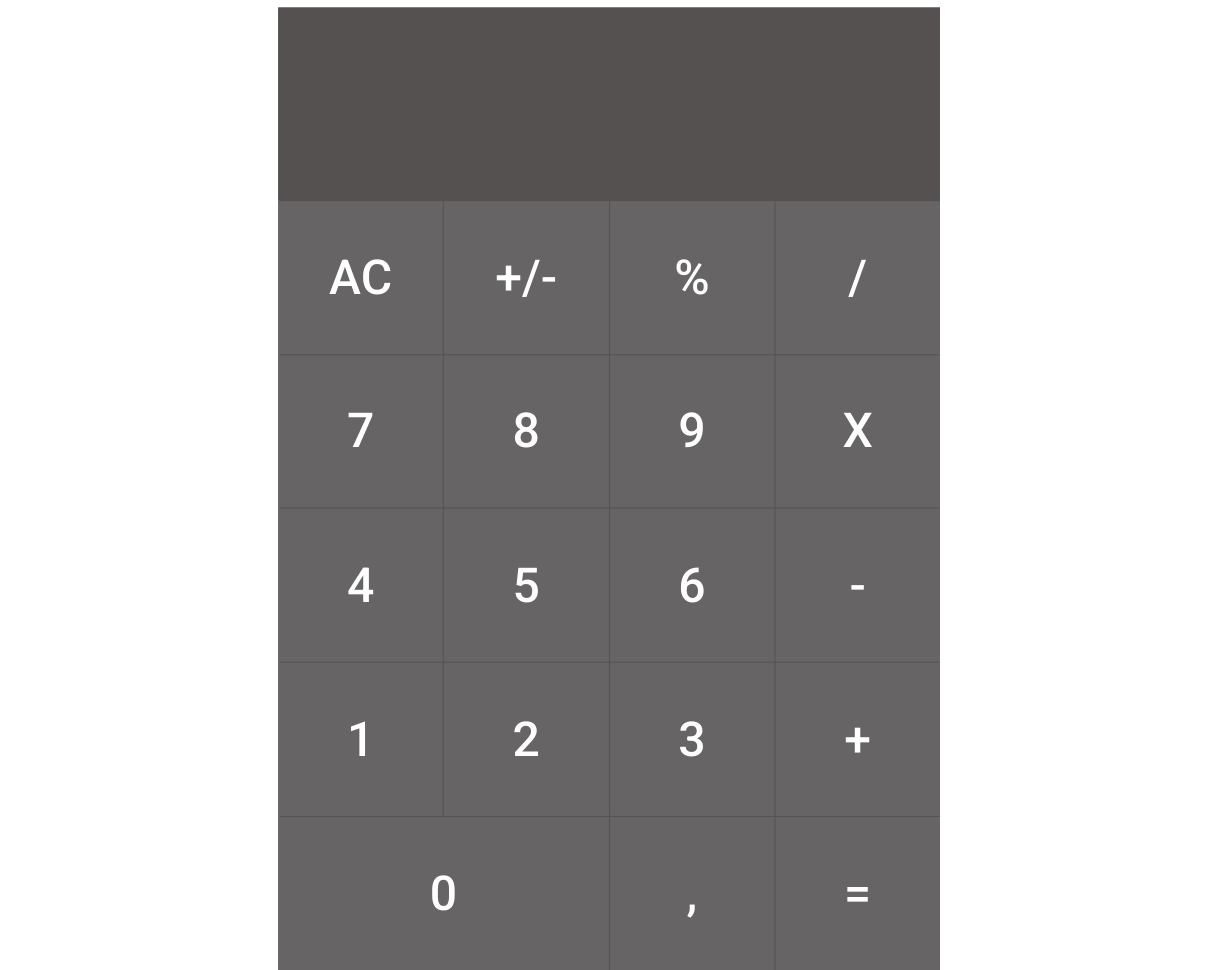
Repository: maciekto/calculatorOOP
Page: index.html
An editor plug-in stored every save of this project. The page is shown before and after the next save, followed by the edit.
The browser window is 1280 px wide. The page is 1288 px wide, so the pictures cover 1288 px, including what lies to the right of the window. The pictures show the whole page, at 94% of full size.

Above is the page before, as saved 2022-06-19 18:58:46.

### index.html
<!DOCTYPE html>
<html lang="en">
<head>
    <meta charset="UTF-8">
    <meta http-equiv="X-UA-Compatible" content="IE=edge">
    <meta name="viewport" content="width=device-width, initial-scale=1.0">
    <title>Document</title>
    <link rel="stylesheet" href="css.css">


</head>
<body>
    <main>
        <div class="Calc">
            <div class="Calc__result"></div>

            <div class="Calc__reset">
                AC
            </div>
            <div class="Calc__opposite">
                +/-
            </div>
            <div class="Calc__percentages">
                %
            </div>
            <div class="Calc__divide">
                /
            </div>

            <div class="Calc__7">7</div>
            <div class="Calc__8">8</div>
            <div class="Calc__9">9</div>
            <div class="Calc__multiply">
                X
            </div>

            <div class="Calc__4">4</div>
            <div class="Calc__5">5</div>
            <div class="Calc__6">6</div>
            <div class="Calc__substraction">
                -
            </div>

            <div class="Calc__1">1</div>
            <div class="Calc__2">2</div>
            <div class="Calc__3">3</div>
            <div class="Calc__addition">
                +
            </div>

            <div class="Calc__0">0</div>
            <div class="Calc__comma">,</div>
            <div class="Calc__isequal">
                =
            </div>

        </div>
    </main>

    <script src="js.js"></script>
</body>
</html>

### css.css
@import url('https://fonts.googleapis.com/css2?family=Roboto:wght@400;500;700&display=swap');

* {
    font-family: 'Roboto', sans-serif;
    font-weight: 500;
    box-sizing: border-box;
}

main {
    width: 100vw;
    height: 100vh;
    display: grid;
    place-items: center;
}

.Calc {
    max-width: 60vw;
    width: 55vw;
    height: 80vw;
    background: #545150;
    color: white;
    display: grid;
    grid-template-columns: repeat(4, 1fr);
    grid-template-areas:
    "result result result result"
    "result result result result"
    "reset opposite percentages divide"
    "seven eight nine multiply"
    "four five six substraction"
    "one two three addition"
    "zero zero comma isequal"
    ;
    grid-gap: 1px;
    font-size: 4vw;
}
.Calc div {
    display: grid;
    place-items: center;
    background: #666464;
}
.Calc__result {
    grid-area: result;
    background: #545150 !important;
}
.Calc__0 {
    grid-area: zero;
}

### js.js
console.log('siemano')

After the next save:
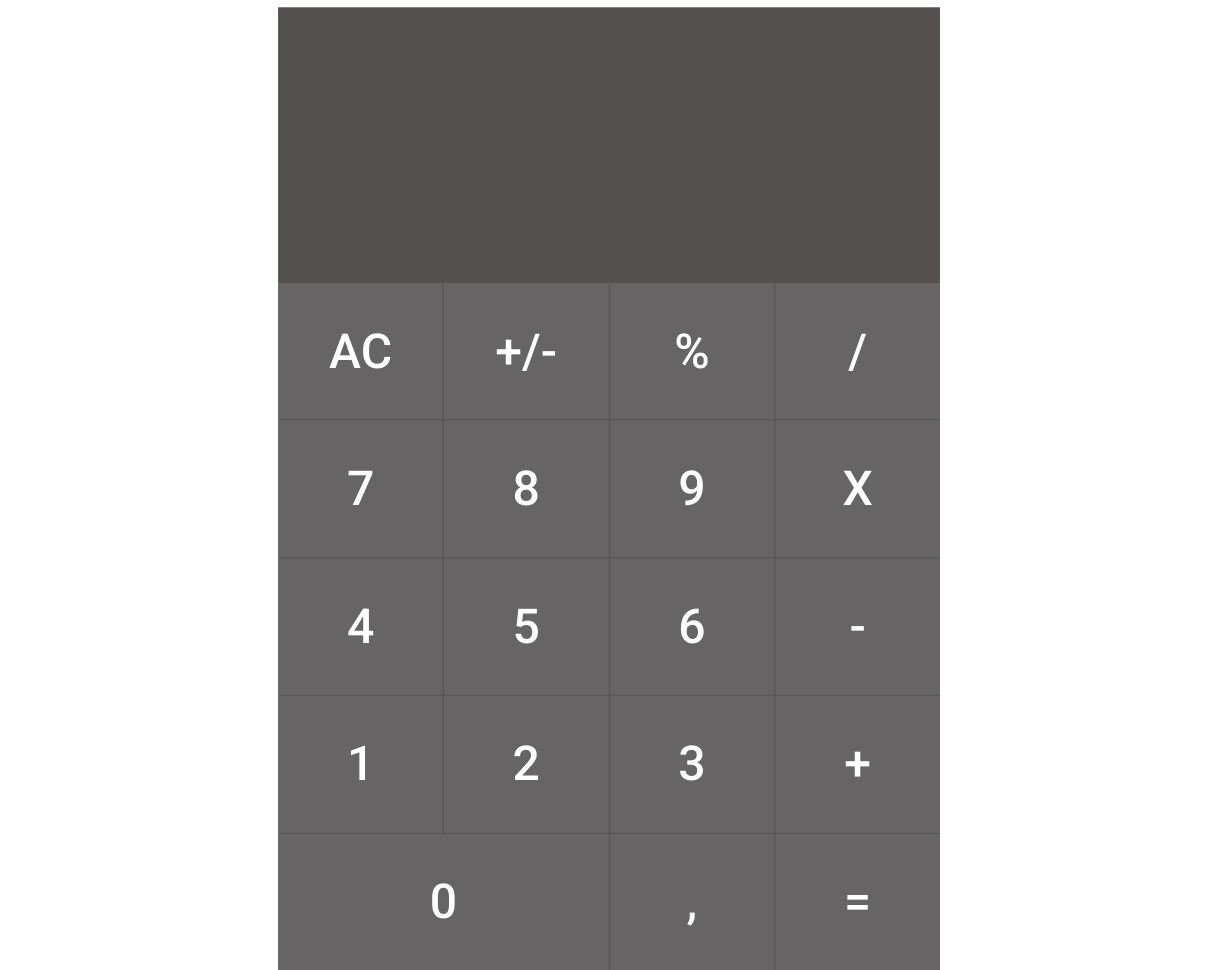
Saved 16 s later.
--- a/css.css
+++ b/css.css
@@ -21,6 +21,7 @@ main {
     color: white;
     display: grid;
     grid-template-columns: repeat(4, 1fr);
+    grid-template-rows: repeat(7, 1fr);
     grid-template-areas:
     "result result result result"
     "result result result result"
